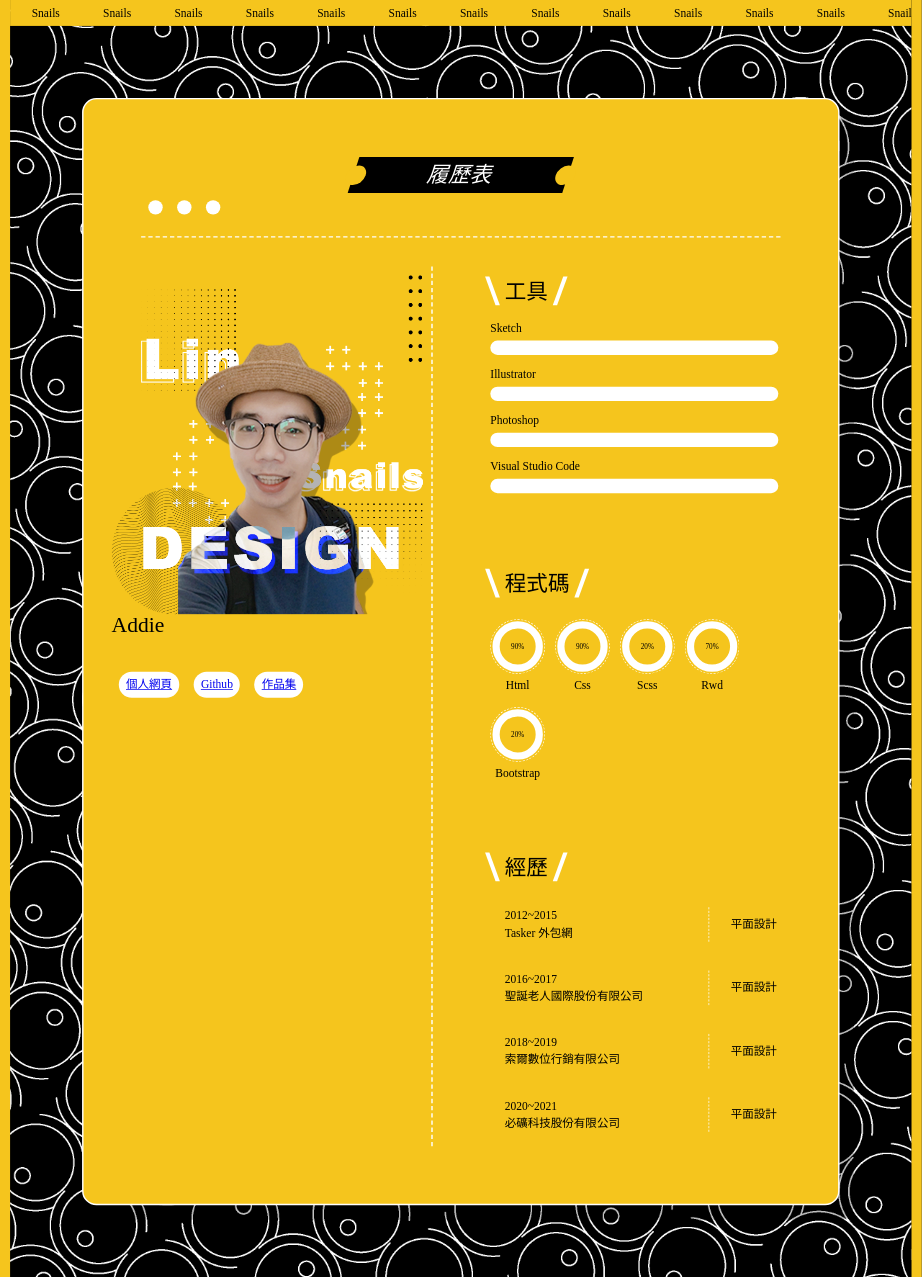
Repository: addie1988/resume
Page: index.html
These files come from the project's save history. The page is drawn as it stood at one moment and after the next save; the edit follows.
The browser window is 1280 px wide. The pictures show the whole page, at 72% of full size.

Above is the page before, as saved 2021-11-24 11:43:06.
Not found: images/personal.png
Not found: js/style.js

### index.html
<!DOCTYPE html>
<html lang="en">

<head>
    <meta charset="UTF-8">
    <meta http-equiv="X-UA-Compatible" content="IE=edge">
    <meta name="viewport" content="width=device-width, initial-scale=1.0">
    <title>ADDIE</title>
    <link rel="stylesheet" type="text/css" href="./css/style.css">
</head>

<body>

    <!-- personal -->
    <div class="personal">
        <!-- Carousel -->
        <div class="Carousel">
            <div class="Carousel_content" id="Carousel"></div>
        </div>
        <div class="personal_content">
            <!-- resume > 履歷 -->
            <div class="resume">
                <div class="resume_title">
                    <h1>履歷表</h1>
                </div>
                <div class="resume_content">
                    <ul>
                        <li></li>
                        <li></li>
                        <li></li>
                    </ul>
                </div>
                <!-- main -->
                <div class="main">
                    <!-- personal_information > 個人資訊 -->
                    <div class="personal_information">
                        <div class="personal_information_img"><img src="./images/Visualize1.png"></div>
                        <div class="name">
                            <h1>Addie</h1>
                        </div>
                        <!-- work -->
                        <div class="work">
                            <div class="work_contwnt">
                                <ul>
                                    <li><a href="#">個人網頁</a></li>
                                    <li><a href="#">Github</a></li>
                                    <li><a href="#">作品集</a></li>
                                </ul>
                            </div>
                        </div>
                    </div>


                    <!-- personal_experience > 個人經歷 -->
                    <div class="personal_experience">

                        <!-- Code -->
                        <div class="tool">
                            <div class="tool_content">
                                <h1>工具</h1>
                                <ul>
                                    <li>
                                        <p>Sketch</p>
                                        <span></span>
                                    </li>
                                    <li>
                                        <p>Illustrator</p>
                                        <span></span>
                                    </li>
                                    <li>
                                        <p>Photoshop</p>
                                        <span></span>
                                    </li>
                                    <li>
                                        <p>Visual Studio Code</p>
                                        <span></span>
                                    </li>
                                </ul>
                            </div>
                        </div>

                        <!-- Code -->
                        <div class="Code">
                            <div class="Code_content">
                                <h1>程式碼</h1>
                                <ul>
                                    <li>
                                        <div class="chart"><span><i>90%</i></span></div>
                                        <p>Html</p>
                                    </li>
                                    <li>
                                        <div class="chart"><span><i>90%</i></span></div>
                                        <p>Css</p>
                                    </li>
                                    <li>
                                        <div class="chart"><span><i>20%</i></span></div>
                                        <p>Scss</p>
                                    </li>
                                    <li>
                                        <div class="chart"><span><i>70%</i></span></div>
                                        <p>Rwd</p>
                                    </li>
                                    <li>
                                        <div class="chart"><span><i>20%</i></span></div>
                                        <p>Bootstrap</p>
                                    </li>
                                </ul>
                            </div>
                        </div>

                        <!-- work_experience -->
                        <div class="work_experience">
                            <div class="work_experience_content">
                                <h1>經歷</h1>
                                <ul>
                                    <li>
                                        <div class="work_experience_content_title">
                                            <p>2012~2015</p>
                                            <i>Tasker 外包網</i>
                                        </div>
                                        <span>
                                            <section>平面設計</section>
                                        </span>
                                    </li>
                                    <li>
                                        <div class="work_experience_content_title">
                                            <p>2016~2017</p>
                                            <i>聖誕老人國際股份有限公司</i>
                                        </div>
                                        <span>
                                            <section>平面設計</section>
                                        </span>
                                    </li>
                                    <li>
                                        <div class="work_experience_content_title">
                                            <p>2018~2019</p>
                                            <i>索爾數位行銷有限公司</i>
                                        </div>
                                        <span>
                                            <section>平面設計</section>
                                        </span>
                                    </li>
                                    <li>
                                        <div class="work_experience_content_title">
                                            <p>2020~2021</p>
                                            <i>必礦科技股份有限公司</i>
                                        </div>
                                        <span>
                                            <section>平面設計</section>
                                        </span>
                                    </li>
                                </ul>
                            </div>
                        </div>
                    </div>
                </div>
            </div>
        </div>
    </div>

    <!-- js -->
    <script src="./js/style.js"></script>
    <!-- jq -->
    <script src="https://cdnjs.cloudflare.com/ajax/libs/jquery/3.3.1/jquery.min.js"></script>
    <script>
        $('#Carousel').load("./Carousel.html #Carousel");
    </script>

</body>

</html>

### css/style.css
/* http://meyerweb.com/eric/tools/css/reset/
   v2.0 | 20110126
   License: none (public domain)
*/

html,
body,
div,
span,
applet,
object,
iframe,
h1,
h2,
h3,
h4,
h5,
h6,
p,
blockquote,
pre,
a,
abbr,
acronym,
address,
big,
cite,
code,
del,
dfn,
em,
img,
ins,
kbd,
q,
s,
samp,
small,
strike,
strong,
sub,
sup,
tt,
var,
b,
u,
i,
center,
dl,
dt,
dd,
ol,
ul,
li,
fieldset,
form,
label,
legend,
table,
caption,
tbody,
tfoot,
thead,
tr,
th,
td,
article,
aside,
canvas,
details,
embed,
figure,
figcaption,
footer,
header,
hgroup,
menu,
nav,
output,
ruby,
section,
summary,
time,
mark,
audio,
video {
  margin: 0;
  padding: 0;
  border: 0;
  font-size: 100%;
  font: inherit;
  vertical-align: baseline;
}
/* HTML5 display-role reset for older browsers */
article,
aside,
details,
figcaption,
figure,
footer,
header,
hgroup,
menu,
nav,
section {
  display: block;
}
body {
  line-height: 1;
}
ol,
ul {
  list-style: none;
}
blockquote,
q {
  quotes: none;
}
blockquote:before,
blockquote:after,
q:before,
q:after {
  content: "";
  content: none;
}
table {
  border-collapse: collapse;
  border-spacing: 0;
}

/* ---------------------------------------------------------------------------------------------------------------------- */

:root {
  --background-color: #f5c51d;
  --position: relative;
  --font-size: 16px;
  --padding: 100px;
  --color: white;
  --title_h1: 30px;
  --margin_Segmentation: 80px 0 0 0;
}

/* ---------------------------------------------------------------------------------------------------------------------- */

.personal {
  position: var(--position);
  background: url(../images/background.png);
  align-items: center;
  background-color: black;
  border-left: 14px solid var(--background-color);
  border-right: 14px solid var(--background-color);
}

/* Carousel */
.Carousel {
  position: var(--padding);
}

.Carousel_content {
  margin: 0 auto;
}

.Carousel_content ul {
  display: flex;
  overflow: hidden;
  background-color: var(--background-color);
}

.Carousel_content ul li {
    margin: 0 20px;
    padding: 10px;
    position: var(--position);
}

.Carousel_content ul li::before {
    content: "";
    width: 37px;
    height: 37px;
    display: inline-block;
    background: url(../images/personal.png);
    position: absolute;
}

.personal_content {
  width: 100%;
  height: 100%;
  display: flex;
  justify-content: center;
}

/* resume > 履歷資訊 */
.resume {
  margin: 100px;
  padding: 80px;
  max-width: 900px;
  border: 2px solid white;
  position: var(--position);
  z-index: 77777;
  box-shadow: 20px 20px 0px 0px #0000003d;
  background-color: var(--background-color);
  border-radius: 20px;
  -webkit-border-radius: 20px;
  -moz-border-radius: 20px;
  -ms-border-radius: 20px;
  -o-border-radius: 20px;
}

/* resume_title */
.resume_title {
  display: flex;
  justify-content: center;
  position: relative;
  transform: skewX(-18deg);
  -webkit-transform: skewX(-18deg);
  -moz-transform: skewX(-18deg);
  -ms-transform: skewX(-18deg);
  -o-transform: skewX(-18deg);
}

.resume_title h1 {
  font-size: 30px;
  text-align: center;
  padding: 10px 60px;
  color: white;
  background-color: black;
  width: 20%;
  display: inline-block;
  position: var(--position);
}

.resume_title h1::before {
  content: "";
  width: 27px;
  height: 27px;
  display: inline-block;
  position: absolute;
  left: -10px;
  top: 12px;
  background-color: #f5c51d;
  border-radius: 50%;
  -webkit-border-radius: 50%;
  -moz-border-radius: 50%;
  -ms-border-radius: 50%;
  -o-border-radius: 50%;
}

.resume_title h1::after {
  content: "";
  width: 27px;
  height: 27px;
  display: inline-block;
  position: absolute;
  right: -10px;
  top: 12px;
  background-color: #f5c51d;
  border-radius: 50%;
  -webkit-border-radius: 50%;
  -moz-border-radius: 50%;
  -ms-border-radius: 50%;
  -o-border-radius: 50%;
}

.resume_content {
  margin: 0 auto;
  width: 100%;
  margin: 0 0 40px 0;
}

.resume_content ul {
  display: flex;
  padding: 0 0 20px 0;
  border-bottom: 2px dashed white;
}

.resume_content ul li {
  width: 20px;
  height: 20px;
  margin: 10px;
  display: inline-block;
  background-color: white;
  border-radius: 50%;
  -webkit-border-radius: 50%;
  -moz-border-radius: 50%;
  -ms-border-radius: 50%;
  -o-border-radius: 50%;
  transition: 1s ease-out;
  -webkit-transition: 1s ease-out;
  -moz-transition: 1s ease-out;
  -ms-transition: 1s ease-out;
  -o-transition: 1s ease-out;
}

.resume_content ul li:nth-child(1):hover {
  background-color: red;
}

.resume_content ul li:nth-child(2):hover {
  background-color: yellow;
}

.resume_content ul li:nth-child(3):hover {
  background-color: green;
}

/* ---------------------------------------------------------------------------------------------------------------------- */

/* main */
.main {
  display: flex;
  justify-content: center;
}

/* personal_information > 個人資訊 */

/* personal_information */
.personal_information {
  flex: 0 0 50%;
  max-width: 50%;
  border-right: 2px solid white;
  border-style: dashed;
  margin: 0 40px;
}

.personal_information_img {
  display: flex;
  justify-content: center;
}

.personal_information_img img {
  width: 100%;
  height: 100%;
}

/* ---------------------------------------------------------------------------------------------------------------------- */

/* personal_experience > 個人經歷 */
.personal_experience {
  flex: 0 0 50%;
  max-width: 50%;
  margin: 0 40px;
}

.name h1 {
  font-size: var(--title_h1);
}

/* ---------------------------------------------------------------------------------------------------------------------- */

/* work */
.work {
  position: var(--position);
}

.work_contwnt {
  margin: 40px auto;
}

.work_contwnt ul {
  display: flex;
  flex-wrap: wrap;
}

.work_contwnt ul li {
  margin-right: 10px;
  margin: 10px;
  padding: 10px;
  color: black;
  background-color: white;
  border-radius: 20px;
  -webkit-border-radius: 20px;
  -moz-border-radius: 20px;
  -ms-border-radius: 20px;
  -o-border-radius: 20px;
}

/* ---------------------------------------------------------------------------------------------------------------------- */

/* personal_experience > 個人經歷 */

/* tool */
.tool {
  position: var(--position);
}

.tool_contwnt {
  margin: var(--margin_Segmentation);
}

.tool_content h1 {
  font-size: var(--title_h1);
  position: var(--position);
  display: inline-block;
  padding: 20px;
}

.tool_content h1::before {
  content: "";
  width: 6px;
  height: 40px;
  display: inline-block;
  position: absolute;
  top: 20%;
  left: 0;
  background-color: white;
  transform: skewX(20deg);
  -webkit-transform: skewX(20deg);
  -moz-transform: skewX(20deg);
  -ms-transform: skewX(20deg);
  -o-transform: skewX(20deg);
}

.tool_content h1::after {
  content: "";
  width: 6px;
  height: 40px;
  display: inline-block;
  position: absolute;
  top: 20%;
  right: 0;
  background-color: white;
  transform: skewX(-20deg);
  -webkit-transform: skewX(-20deg);
  -moz-transform: skewX(-20deg);
  -ms-transform: skewX(-20deg);
  -o-transform: skewX(-20deg);
}

.tool_content ul {
  margin: var(--margin_Segmentation);
  margin: 0;
}

.tool_content ul li {
  line-height: 2;
}

.tool_content ul li span {
  width: 100%;
  height: 20px;
  display: inline-block;
  position: relative;
}

.tool_content ul li span::before {
  content: "";
  width: 0;
  height: 20px;
  display: inline-block;
  position: absolute;
  z-index: 4444;
  background-color: black;
  transition: 1s ease-out;
  -webkit-transition: 1s ease-out;
  -moz-transition: 1s ease-out;
  -ms-transition: 1s ease-out;
  -o-transition: 1s ease-out;
  border-radius: 20px;
  -webkit-border-radius: 20px;
  -moz-border-radius: 20px;
  -ms-border-radius: 20px;
  -o-border-radius: 20px;
}

.tool_content ul li:hover span::before {
  width: 100%;
}

.tool_content ul li:nth-child(1):hover span::before {
  width: 35%;
}

.tool_content ul li:nth-child(2):hover span::before {
  width: 85%;
}

.tool_content ul li:nth-child(3):hover span::before {
  width: 85%;
}

.tool_content ul li:nth-child(4):hover span::before {
  width: 35%;
}

.tool_content ul li span::after {
  content: "";
  width: 90%;
  height: 20px;
  display: inline-block;
  position: absolute;
  background-color: white;
  border-radius: 20px;
  -webkit-border-radius: 20px;
  -moz-border-radius: 20px;
  -ms-border-radius: 20px;
  -o-border-radius: 20px;
}

/* ---------------------------------------------------------------------------------------------------------------------- */

/* Code */
.Code {
  position: var(--position);
}

.Code_content {
  margin: var(--margin_Segmentation);
}

.Code_content h1 {
  font-size: var(--title_h1);
  position: var(--position);
  display: inline-block;
  padding: 20px;
}

.Code_content h1::before {
  content: "";
  width: 6px;
  height: 40px;
  display: inline-block;
  position: absolute;
  top: 20%;
  left: 0;
  background-color: white;
  transform: skewX(20deg);
  -webkit-transform: skewX(20deg);
  -moz-transform: skewX(20deg);
  -ms-transform: skewX(20deg);
  -o-transform: skewX(20deg);
}

.Code_content h1::after {
  content: "";
  width: 6px;
  height: 40px;
  display: inline-block;
  position: absolute;
  top: 20%;
  right: 0;
  background-color: white;
  transform: skewX(-20deg);
  -webkit-transform: skewX(-20deg);
  -moz-transform: skewX(-20deg);
  -ms-transform: skewX(-20deg);
  -o-transform: skewX(-20deg);
}

.Code_content ul {
  margin: var(--margin_Segmentation);
  display: flex;
  flex-wrap: wrap;
  margin: 0;
}

.Code_content ul li {
  margin: 14px 14px 0 0;
  line-height: 2;
}

.Code_content ul li .chart {
  border: 1px solid white;
  padding: 2px;
  border-style: dashed;
  border-radius: 50%;
  -webkit-border-radius: 50%;
  -moz-border-radius: 50%;
  -ms-border-radius: 50%;
  -o-border-radius: 50%;
}

.Code_content ul li .chart span {
  width: 70px;
  height: 70px;
  display: flex;
  justify-content: center;
  align-items: center;
  position: relative;
}

.Code_content ul li .chart span::before {
  content: "";
  width: 50px;
  height: 50px;
  display: none;
  position: absolute;
  top: 0;
  left: 0;
  z-index: 444;
  border-top: 10px solid black;
  border-left: 10px solid black;
  border-right: 10px solid black;
  border-bottom: 10px solid #f5c51d;
  border-radius: 50%;
  -webkit-border-radius: 10px solid #f5c51d;
  -moz-border-radius: 10px solid #f5c51d;
  -ms-border-radius: 10px solid #f5c51d;
  -o-border-radius: 10px solid #f5c51d;
  animation: chart_move 2s ease-out;
  -webkit-animation: chart_move 2s ease-out;
}

.Code_content ul li:nth-child(1) .chart span::before {
  border-top: 10px solid black;
  border-left: 10px solid black;
  border-right: 10px solid black;
  border-bottom: 10px solid #f5c51d;
}

.Code_content ul li:nth-child(2) .chart span::before {
  border-top: 10px solid black;
  border-left: 10px solid black;
  border-right: 10px solid black;
  border-bottom: 10px solid #f5c51d;
}

.Code_content ul li:nth-child(3) .chart span::before {
  border-top: 10px solid black;
  border-left: 10px solid #f5c51d;
  border-right: 10px solid #f5c51d;
  border-bottom: 10px solid #f5c51d;
}

.Code_content ul li:nth-child(4) .chart span::before {
  border-top: 10px solid black;
  border-left: 10px solid black;
  border-right: 10px solid #f5c51d;
  border-bottom: 10px solid #f5c51d;
}

.Code_content ul li:nth-child(5) .chart span::before {
  border-top: 10px solid black;
  border-left: 10px solid #f5c51d;
  border-right: 10px solid #f5c51d;
  border-bottom: 10px solid #f5c51d;
}

.Code_content ul li:hover .chart span::before {
  display: block;
}

@keyframes chart_move {
  0% {
    opacity: 0;
    transform: rotate(0);
    -webkit-transform: rotate(0);
    -moz-transform: rotate(0);
    -ms-transform: rotate(0);
    -o-transform: rotate(0);
  }
  100% {
    opacity: 1;
    transform: rotate(360deg);
    -webkit-transform: rotate(360deg);
    -moz-transform: rotate(360deg);
    -ms-transform: rotate(360deg);
    -o-transform: rotate(360deg);
  }
}

.Code_content ul li .chart span::after {
  content: "";
  width: 50px;
  height: 50px;
  display: inline-block;
  position: absolute;
  top: 0;
  left: 0;
  border: 10px solid white;
  border-radius: 50%;
  -webkit-border-radius: 50%;
  -moz-border-radius: 50%;
  -ms-border-radius: 50%;
  -o-border-radius: 50%;
}

.Code_content ul li .chart span i {
  font-size: 10px;
}

.Code_content ul li p {
  text-align: center;
}

/* ---------------------------------------------------------------------------------------------------------------------- */

/* work_experience */
.work_experience {
  position: var(--position);
}

.work_experience_content {
  margin: var(--margin_Segmentation);
}

.work_experience_content h1 {
  font-size: var(--title_h1);
  position: var(--position);
  display: inline-block;
  padding: 20px;
}

.work_experience_content h1::before {
  content: "";
  width: 6px;
  height: 40px;
  display: inline-block;
  position: absolute;
  top: 20%;
  left: 0;
  background-color: white;
  transform: skewX(20deg);
  -webkit-transform: skewX(20deg);
  -moz-transform: skewX(20deg);
  -ms-transform: skewX(20deg);
  -o-transform: skewX(20deg);
}

.work_experience_content h1::after {
  content: "";
  width: 6px;
  height: 40px;
  display: inline-block;
  position: absolute;
  top: 20%;
  right: 0;
  background-color: white;
  transform: skewX(-20deg);
  -webkit-transform: skewX(-20deg);
  -moz-transform: skewX(-20deg);
  -ms-transform: skewX(-20deg);
  -o-transform: skewX(-20deg);
}

.work_experience_content ul {
  margin: var(--margin_Segmentation);
  margin: 0;
}

.work_experience_content ul li {
  line-height: 1.5;
  display: flex;
  padding: 20px;
  flex-wrap: wrap;
  overflow: hidden;
  transition: 1s ease-out;
  -webkit-transition: 1s ease-out;
  -moz-transition: 1s ease-out;
  -ms-transition: 1s ease-out;
  -o-transition: 1s ease-out;
}

.work_experience_content ul li:hover {
  border-radius: 50px;
  -webkit-border-radius: 50px;
  -moz-border-radius: 50px;
  -ms-border-radius: 50px;
  -o-border-radius: 50px;
  animation: work_experience_content_move 3s ease-out;
  -webkit-animation: work_experience_content_move 3s ease-out;
}

@keyframes work_experience_content_move {
  0% {
    background-color: #f5c51d;
  }
  25% {
    background-color: aquamarine;
  }
  50% {
    background-color: slateblue;
  }
  100% {
    background-color: black;
  }
}

.work_experience_content ul li:hover .work_experience_content_title {
  color: white;
  border-right: 1px dashed white;
}

.work_experience_content ul li:hover .work_experience_content_title p {
  color: white;
}

.work_experience_content ul li .work_experience_content_title {
  width: 70%;
  border-right: 1px solid white;
  border-style: dashed;
  color: black;
}

.work_experience_content ul li .work_experience_content_title p {
  color: black;
}

.work_experience_content ul li span {
  display: flex;
  align-items: center;
}

.work_experience_content ul li span section {
  margin-left: 30px;
}

.work_experience_content ul li:hover span section {
  color: white;
}

@media screen and (max-width: 900px) {
  .main {
    flex-wrap: wrap;
  }

  .personal_information {
    flex: 0 0 100%;
    max-width: 100%;
  }

  .personal_experience {
    flex: 0 0 100%;
    max-width: 100%;
  }
}

### Carousel.html
<ul id="Carousel">
    <li>Snails</li><li>Snails</li><li>Snails</li><li>Snails</li><li>Snails</li><li>Snails</li><li>Snails</li><li>Snails</li>
    <li>Snails</li><li>Snails</li><li>Snails</li><li>Snails</li><li>Snails</li><li>Snails</li><li>Snails</li><li>Snails</li>
    <li>Snails</li><li>Snails</li><li>Snails</li><li>Snails</li><li>Snails</li><li>Snails</li><li>Snails</li><li>Snails</li>
    <li>Snails</li><li>Snails</li><li>Snails</li><li>Snails</li><li>Snails</li><li>Snails</li><li>Snails</li><li>Snails</li>
    <li>Snails</li><li>Snails</li><li>Snails</li><li>Snails</li><li>Snails</li><li>Snails</li><li>Snails</li><li>Snails</li>
</ul>

After the next save:
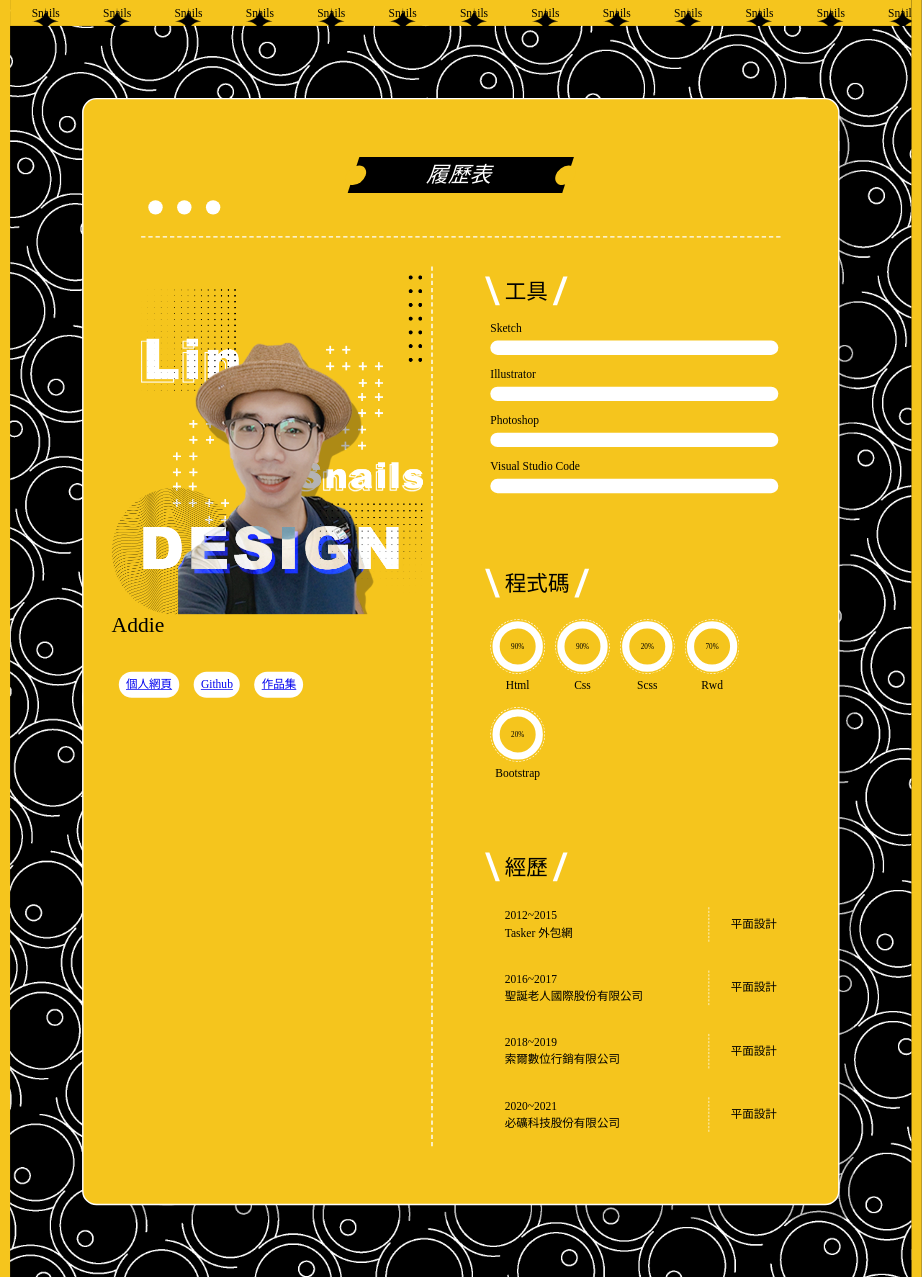
Saved 43 s later.
--- a/css/style.css
+++ b/css/style.css
@@ -177,7 +177,7 @@ table {
     width: 37px;
     height: 37px;
     display: inline-block;
-    background: url(../images/personal.png);
+    background: url(../images/Carousel.png);
     position: absolute;
 }
 
